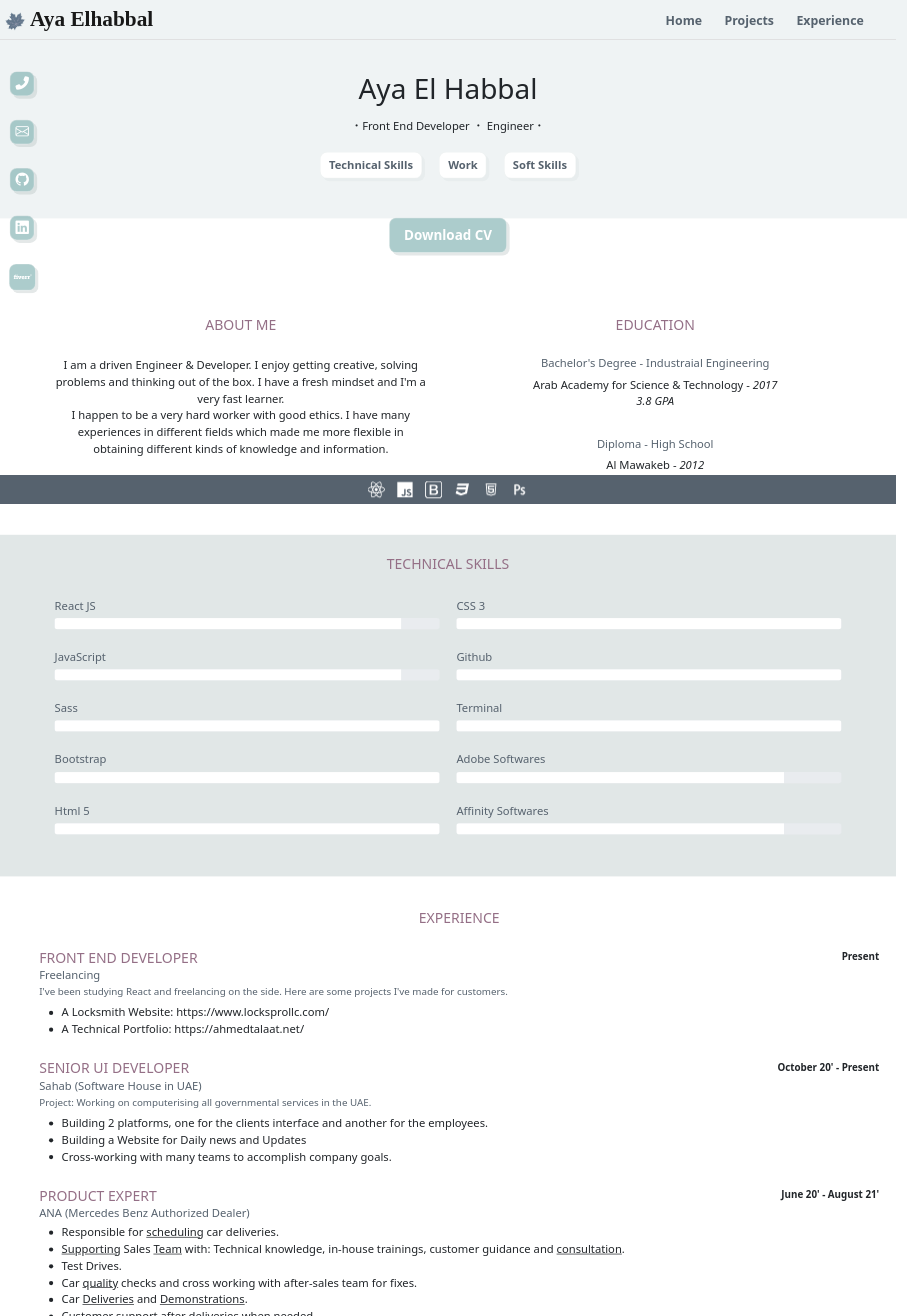
Repository: aya7abbal/my-old-portfolio
Page: resume.html
The author's editor kept a copy of each file at every save. The page is drawn from the files as they stood at one save, then again after the next save.
The browser window is 1280 px wide. The page is 1296 px wide, so the pictures cover 1296 px, including what lies to the right of the window. The pictures show the part of the page from y = 0 to 1880 px (the page is 3083 px tall before and 3085 px after), at 70% of full size.
Some web fonts or font styles are not loaded; a fallback is used. Some web libraries are served in a nearby version. The style sheet was rebuilt from its Sass, Less or Tailwind sources for each picture, by a compiler version that may differ from the author's.

Above is the page before, as saved 2022-07-16 10:42:57.

After the next save:
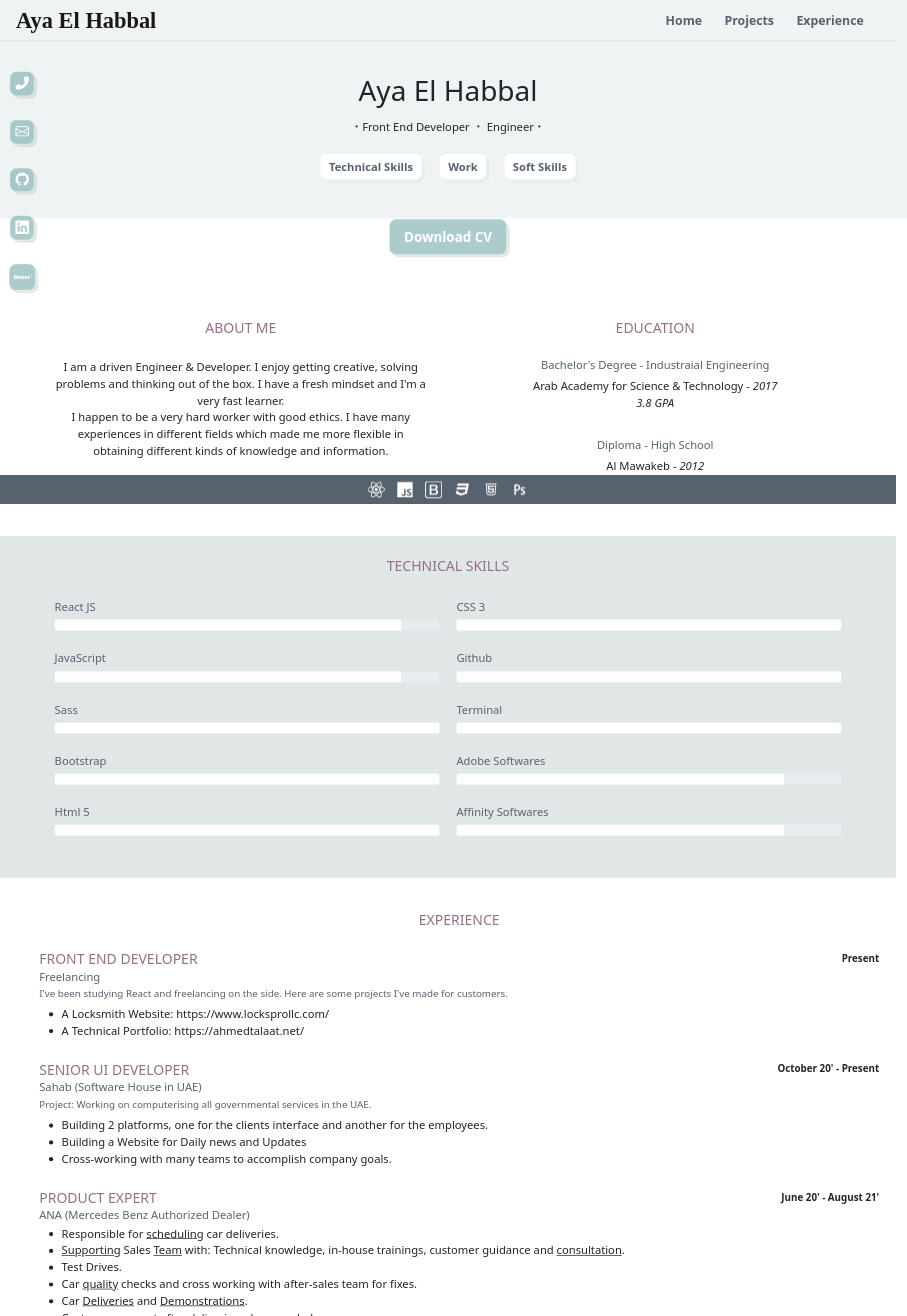
Saved 16 s later.
--- a/resume.html
+++ b/resume.html
@@ -72,8 +72,14 @@
 
 
         <div class="container-fluid">
-            <a class="navbar-brand justify-content-start" style="text-decoration: none;" href="/index.html">
-                <img src="./LOGO/logo5.png" width="30px"> Aya Elhabbal </a>
+            <a
+            class="navbar-brand justify-content-start px-3 fs-2"
+            style="text-decoration: none"
+            href="/index.html"
+          >
+            <!-- <img src="./LOGO/logo5.png" width="40px" /> -->
+            Aya El Habbal</a
+          >
 
 
             <ul class="nav big-menu">
